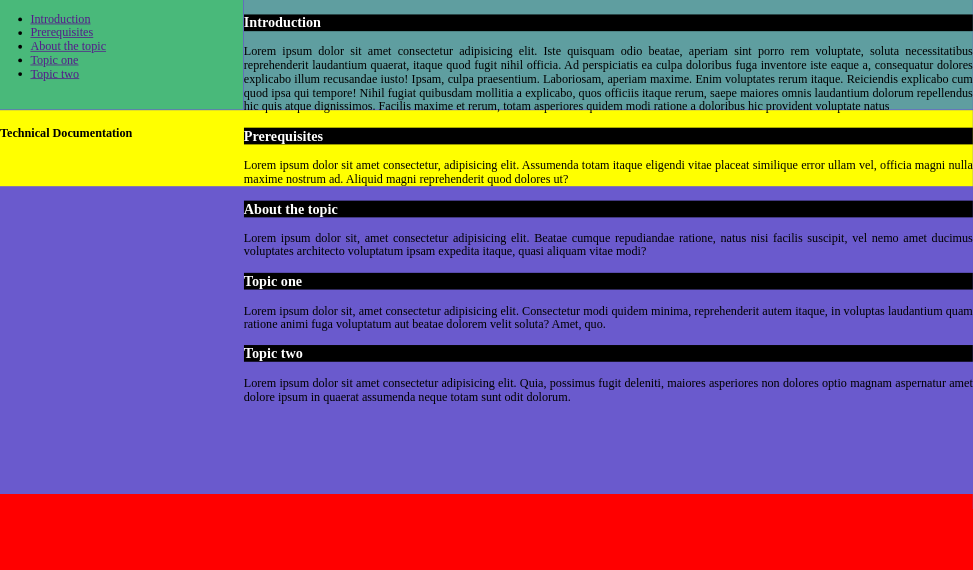
Repository: JoaoLemesDEV/Excercise-Tech-Documentation-Page
Page: index.html
These files come from the project's save history. The page is drawn as it stood at one moment and after a run of saves; the edit follows.
The browser window is 1280 px wide. The pictures show the whole page, at 76% of full size.

Above is the page before, as saved 2021-10-03 21:52:20.

After the next 2 saves:
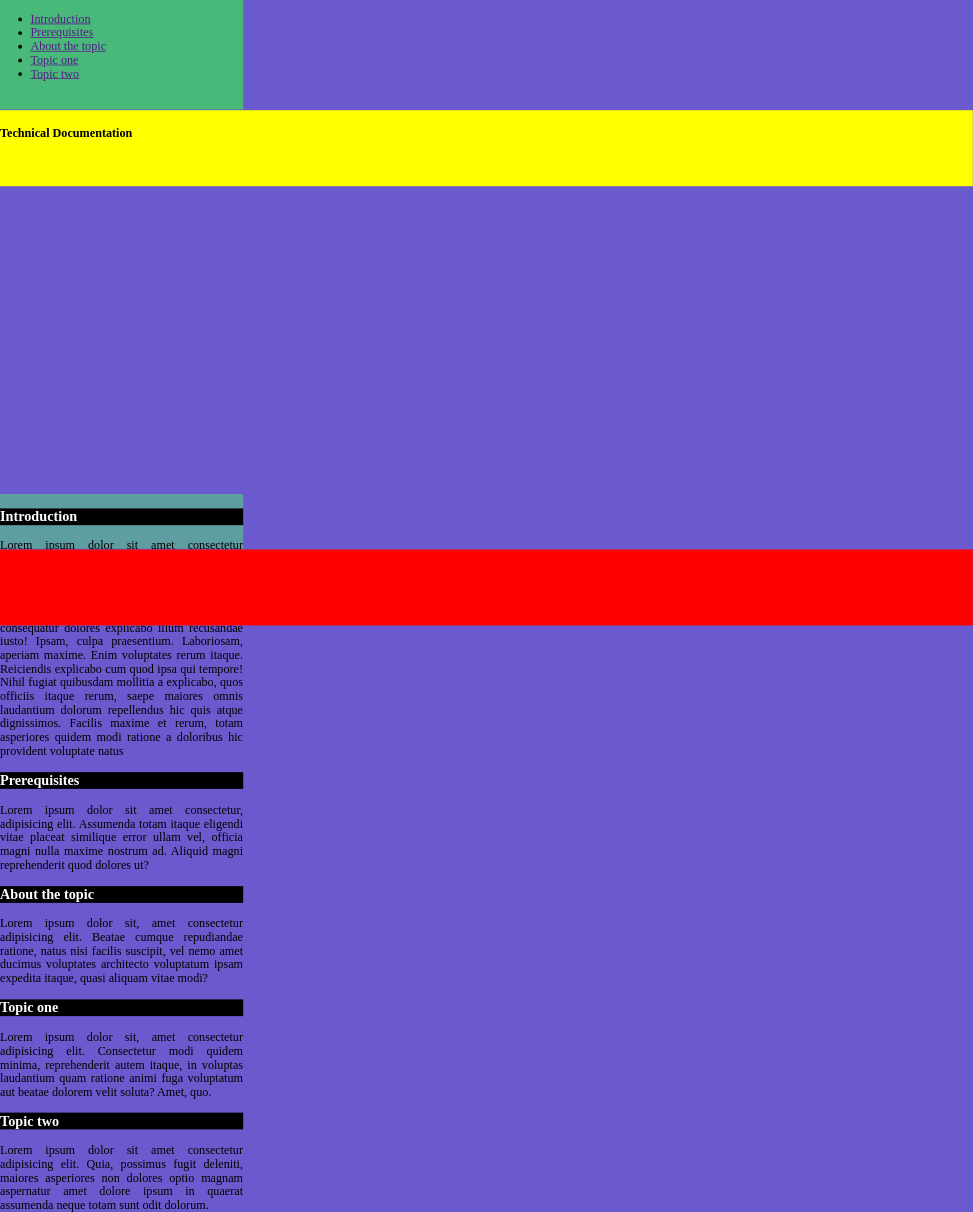
The 2 saves are shown as one change because they came seconds apart.
The last was saved 45 s later.
--- a/index.css
+++ b/index.css
@@ -28,8 +28,8 @@ grid-row-end: 2;
 main{
   background-color: cadetblue;
   text-align: justify;
-  grid-row-start: 1;
-  grid-row-end: 2;
+  grid-column-start: 1;
+  grid-column-end: 2;
 }
 
 footer{
